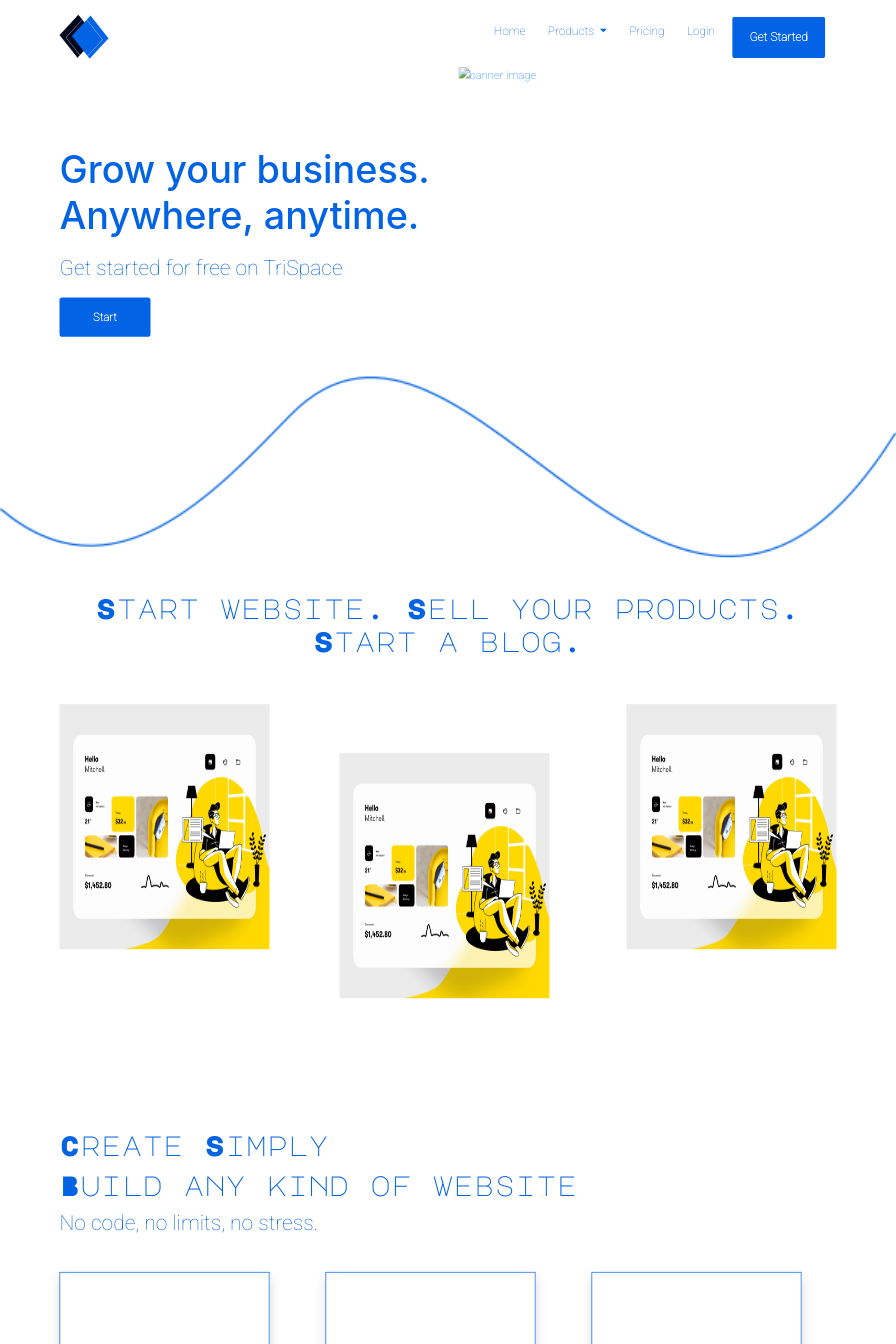
Repository: latenightsnacc/TriSpace
Page: HTML/index.html
The author's editor kept a copy of each file at every save. The page is drawn from the files as they stood at one save, then again after the next save.
The browser window is 1280 px wide. The pictures show the part of the page from y = 0 to 1920 px (the page is 5158 px tall), at 70% of full size.
The style sheet was rebuilt from its Sass, Less or Tailwind sources for each picture, by a compiler version that may differ from the author's.

Above is the page before, as saved 2020-11-12 11:22:34.

After the next save:
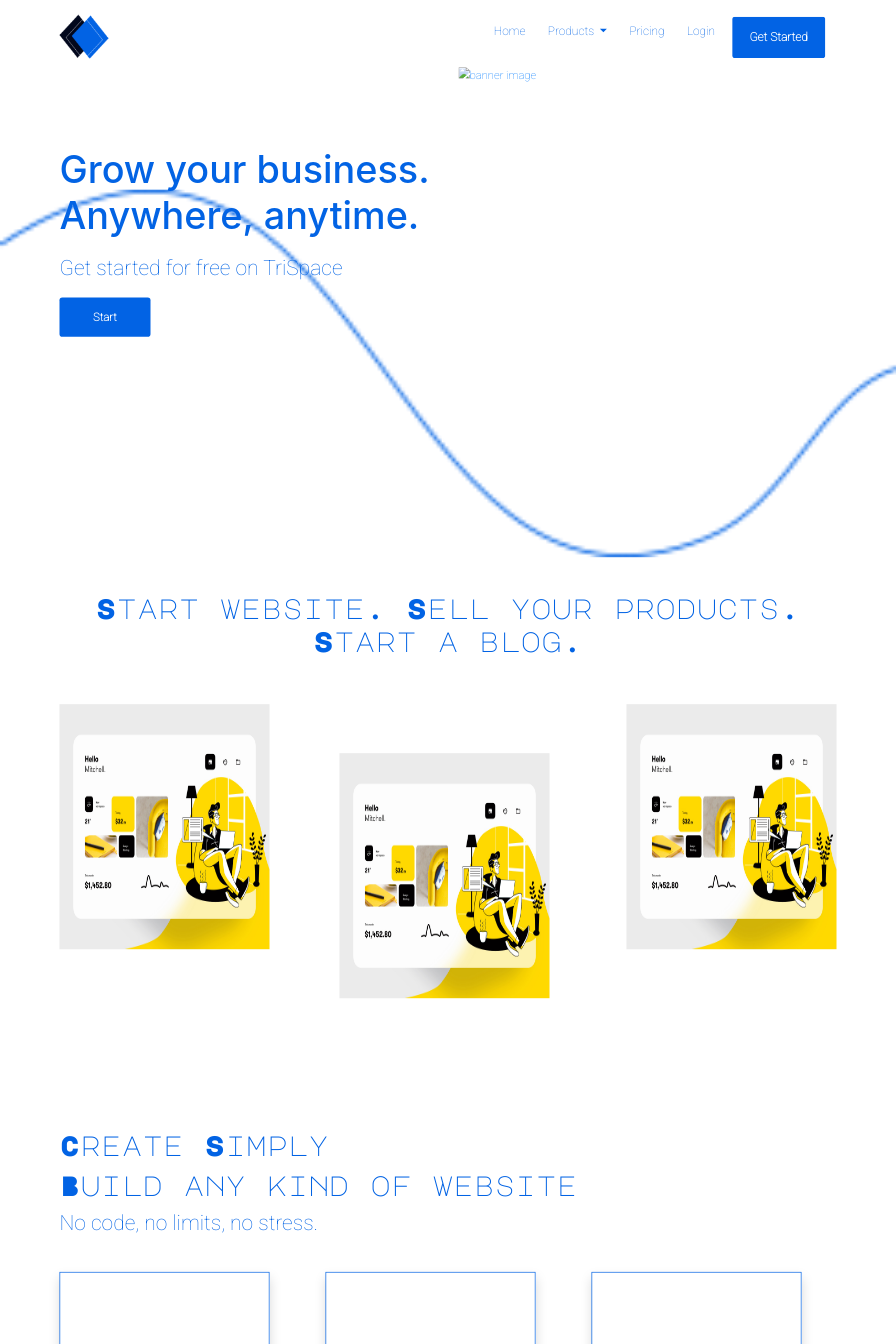
Saved 3 min 58 s later.
--- a/HTML/styles/stylesheet.scss
+++ b/HTML/styles/stylesheet.scss
@@ -43,7 +43,7 @@ a.btn {
 
 }
 section#banner {
-    background: url('/HTML/assets/WavyL.png') ;
+    background: url('/HTML/assets/WaLine.png') ;
     background-size: contain;
     width: 100%;
     background-repeat: no-repeat;
